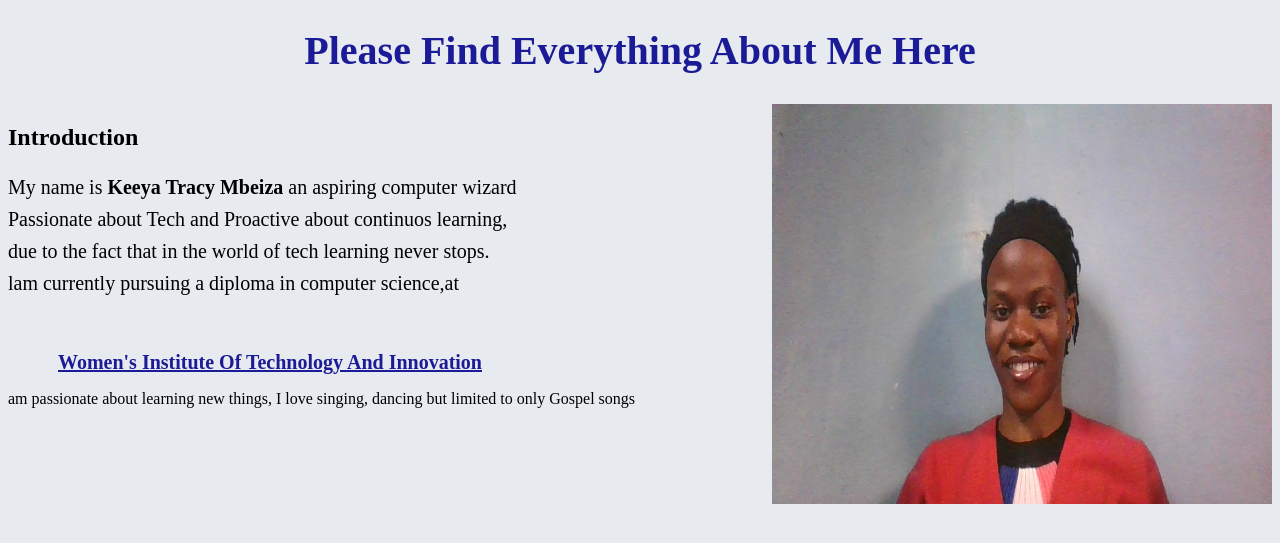
Repository: tracykeeya/my_first_web
Page: index.html
The author's editor kept a copy of each file at every save. The page is drawn from the files as they stood at one save, then again after the next save.
The browser window is 1280 px wide. The pictures show the whole page.

Above is the page before, as saved 2025-11-03 12:17:39.

### index.html
<!DOCTYPE html>
<html lang="en">
<head>
    <meta charset="UTF-8">
    <meta name="viewport" content="width=device-width, initial-scale=1.0">
    <title>My First Web Page</title>
</head>
<body style="background-color: rgb(231, 234, 238)" font-family="Arial, Helvetica, sans-serif" margin: 40px; color: #333;>

    <!-- my first heading -->
    <h1 style="text-align: center; color: rgb(27, 27, 151); font-size: 40px; margin-bottom: 30px;">Please Find Everything About Me Here</h1>

    <!-- putting the text and the image in one section -->
    <div style="display: flex; align-items: flex-start; justify-content: space-between;">
        <!-- aligning the text to the left -->
        <div style="width: 60%;">
    <h2 style="color: black;">Introduction</h2>

    <p style="font-size: 20px; line-height: 1.6;">My name is<strong> Keeya Tracy Mbeiza</strong> an aspiring computer wizard<br>Passionate about Tech and Proactive about continuos learning,<br> due to the fact that in the world of tech learning never stops.<br> lam currently pursuing a diploma in computer science,at<br>
        </br></p>
    <a href="https://www.witi.ac.ug/" target="_blank" style="position: relative; left: 50px; color: rgb(27, 27, 151); font-size: 20px; font-weight: bold;"><b> Women's Institute Of Technology And Innovation</b></a>

    <h2Hobbies</b></p>
    <p> am passionate about learning new things,
    I love singing, dancing but limited to only Gospel songs</p>
        </div>


    <!-- <img src="https://www.witi.ac.ug/wp-content/uploads/2020/08/WhatsApp-Image-2020-08-14-at-11.16.16-AM.jpeg" alt=""> -->
    <img src="/Tracy.jpg " alt="" width="500px" height="400px";>
   </div>
</body>
</html>

After the next save:
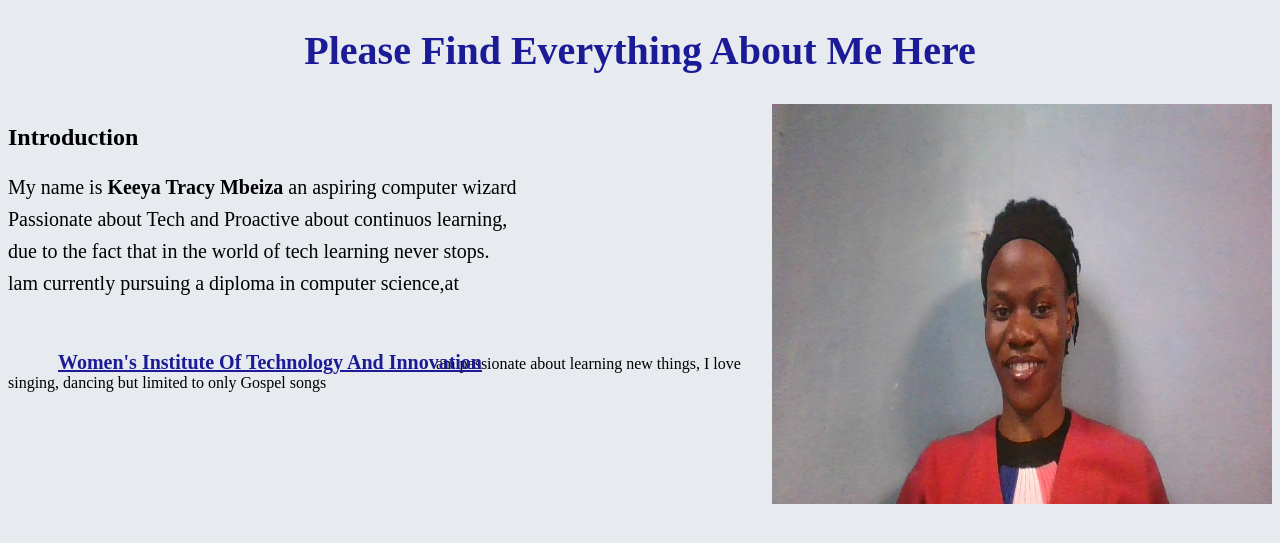
Saved 6 s later.
--- a/index.html
+++ b/index.html
@@ -20,7 +20,7 @@
         </br></p>
     <a href="https://www.witi.ac.ug/" target="_blank" style="position: relative; left: 50px; color: rgb(27, 27, 151); font-size: 20px; font-weight: bold;"><b> Women's Institute Of Technology And Innovation</b></a>
 
-    <h2Hobbies</b></p>
+    <h2Hobbies
     <p> am passionate about learning new things,
     I love singing, dancing but limited to only Gospel songs</p>
         </div>
